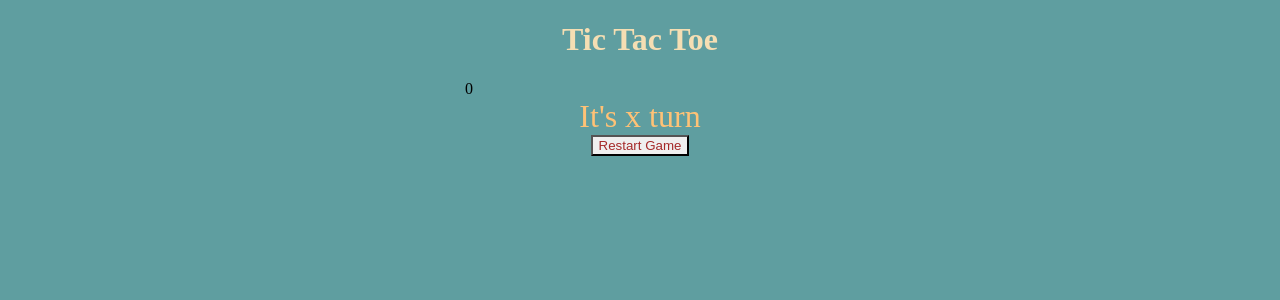
Repository: Hasmik-icml/Tic-Tac-Toe
Page: index.html
The author's editor kept a copy of each file at every save. The page is drawn from the files as they stood at one save, then again after the next save.
The browser window is 1280 px wide. The pictures show the whole page.
After loading, the first visible `div.container` was clicked once.

Above is the page before, as saved 2022-02-03 00:55:34.
Console error: TypeError: Cannot read properties of undefined (reading 'innerHTML')

After the next save:
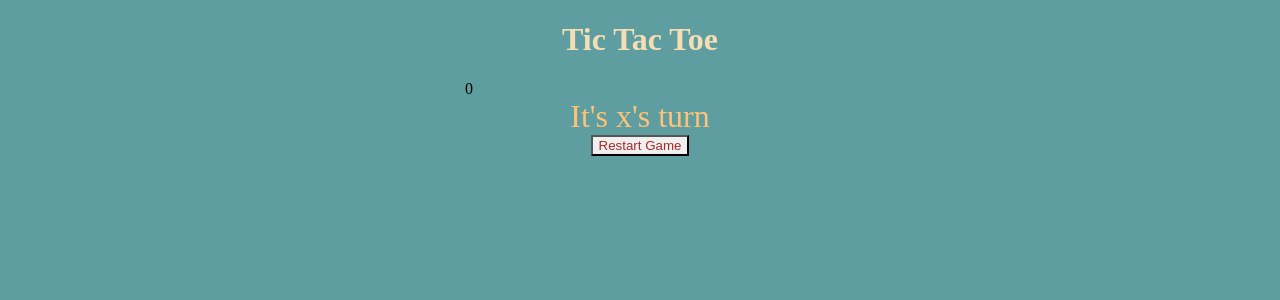
Saved 52 s later.
--- a/index.js
+++ b/index.js
@@ -10,7 +10,7 @@ document.querySelector(".container").onclick = (event) => {
   let itsTurn = document.querySelector(".display-player");
 
   if (!winer) {
-    itsTurn.innerHTML = `It's ${player} turn`;
+    itsTurn.innerHTML = `It's ${player}'s turn`;
 
     player = (player === "0") ? "x" : "0";
     move.innerHTML = player;
